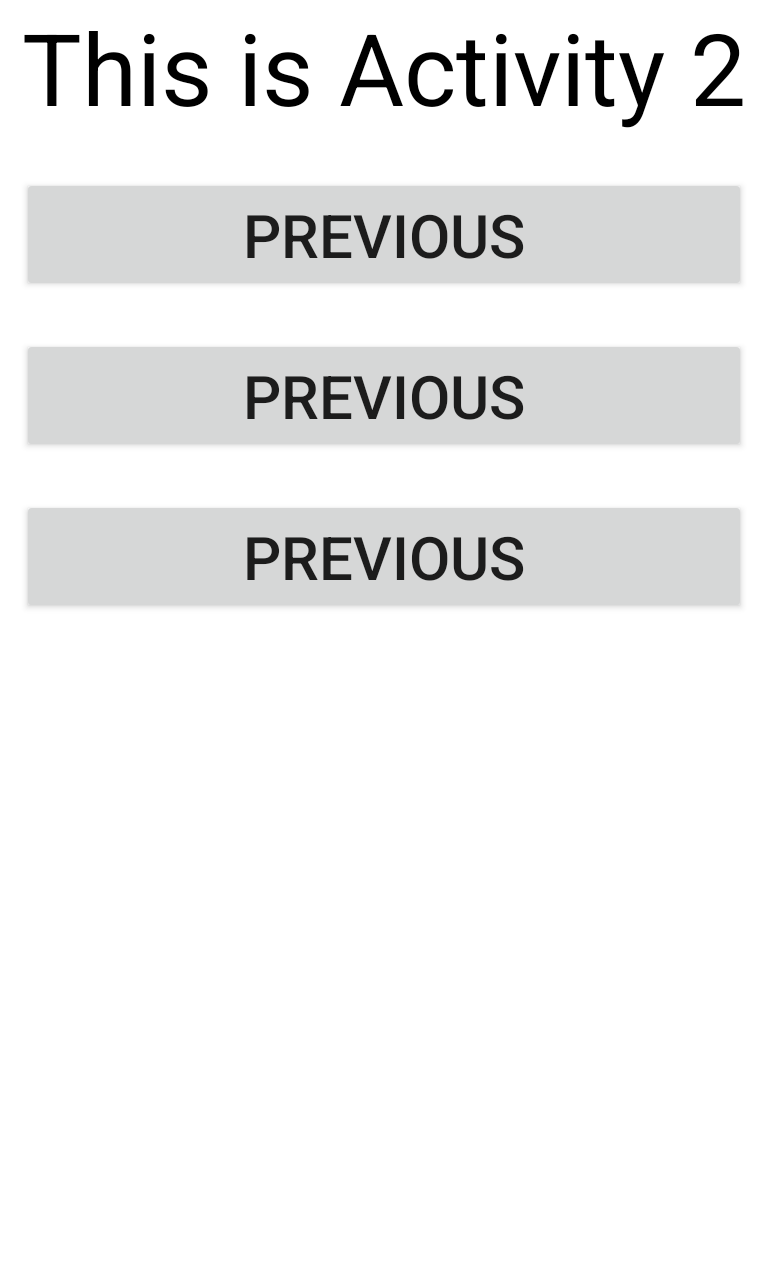
Repository: Stamenov96/NeuralNetowork
Layout: DigitRecognition/res/layout/about.xml
The author's editor kept a copy of each file at every save. The layout is drawn from the files as they stood at one save, then again after the next save.
It is drawn on a 768 x 1280 px phone screen (xhdpi) without system bars, with theme AppTheme; the app's code is not run.

Above is the layout before, as saved 2015-02-13 15:30:54.

### DigitRecognition/res/layout/about.xml
<?xml version="1.0" encoding="utf-8"?>
<LinearLayout xmlns:android="http://schemas.android.com/apk/res/android"
    android:layout_width="fill_parent"
    android:layout_height="fill_parent"
    android:background="#ffffff"
    android:orientation="vertical" >

    <TextView
        android:layout_width="fill_parent"
        android:layout_height="wrap_content"
        android:gravity="center_horizontal"
        android:text="This is Activity 2"
        android:textColor="#000000"
        android:textSize="50dp" />

    <Button
        android:id="@+id/Start"
        android:layout_width="fill_parent"
        android:layout_height="wrap_content"
        android:layout_marginLeft="10dip"
        android:layout_marginRight="10dip"
        android:layout_marginTop="20dip"
        android:gravity="center_horizontal"
        android:text="Previous"
        android:textSize="30dp" />
      <Button
        android:id="@+id/Button03"
        android:layout_width="fill_parent"
        android:layout_height="wrap_content"
        android:layout_marginLeft="10dip"
        android:layout_marginRight="10dip"
        android:layout_marginTop="20dip"
        android:gravity="center_horizontal"
        android:text="Previous"
        android:textSize="30dp" />
        <Button
        android:id="@+id/Button02"
        android:layout_width="fill_parent"
        android:layout_height="wrap_content"
        android:layout_marginLeft="10dip"
        android:layout_marginRight="10dip"
        android:layout_marginTop="20dip"
        android:gravity="center_horizontal"
        android:text="Previous"
        android:textSize="30dp" />

</LinearLayout>

Loaded but not shown: DigitRecognition/res/values/styles.xml (common file); DigitRecognition/res/values-v11/styles.xml (common file); DigitRecognition/res/values-v14/styles.xml (common file)

After the next save:
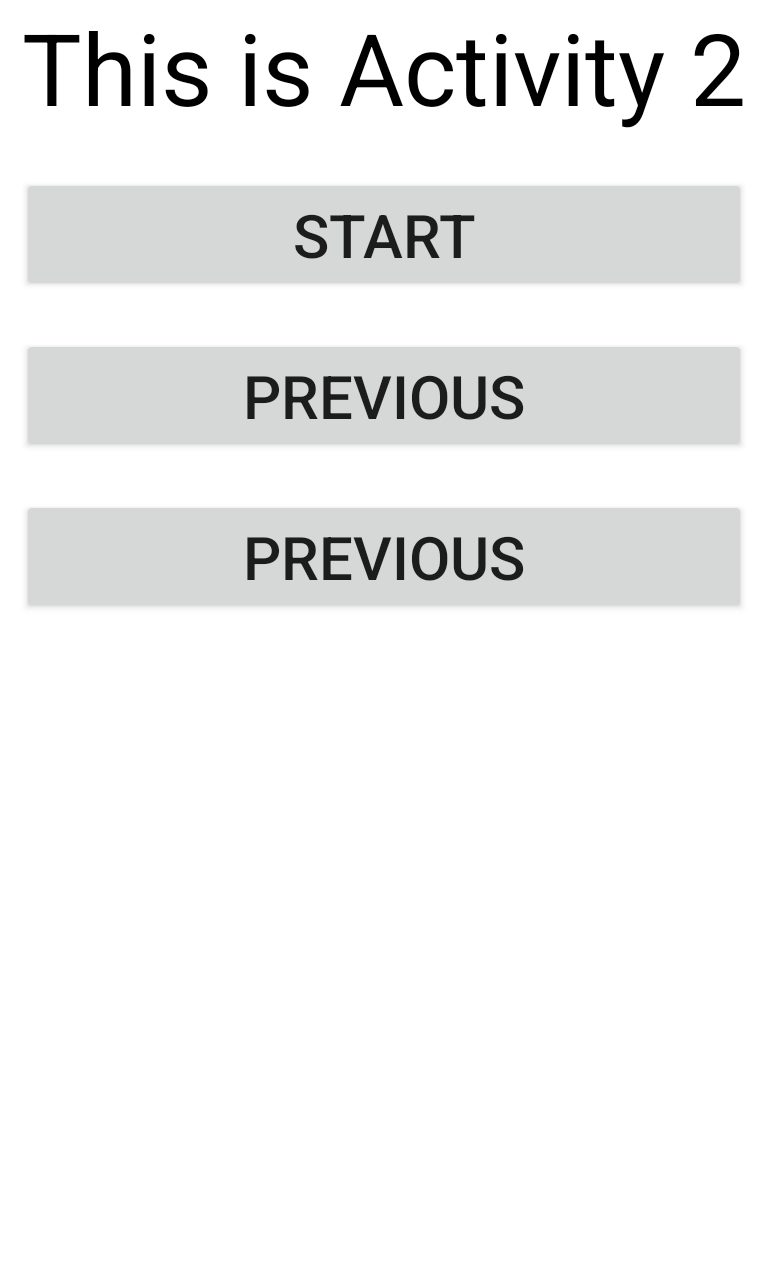
Saved 21 s later.
--- a/DigitRecognition/res/layout/about.xml
+++ b/DigitRecognition/res/layout/about.xml
@@ -21,7 +21,7 @@
         android:layout_marginRight="10dip"
         android:layout_marginTop="20dip"
         android:gravity="center_horizontal"
-        android:text="Previous"
+        android:text="Start"
         android:textSize="30dp" />
       <Button
         android:id="@+id/Button03"
